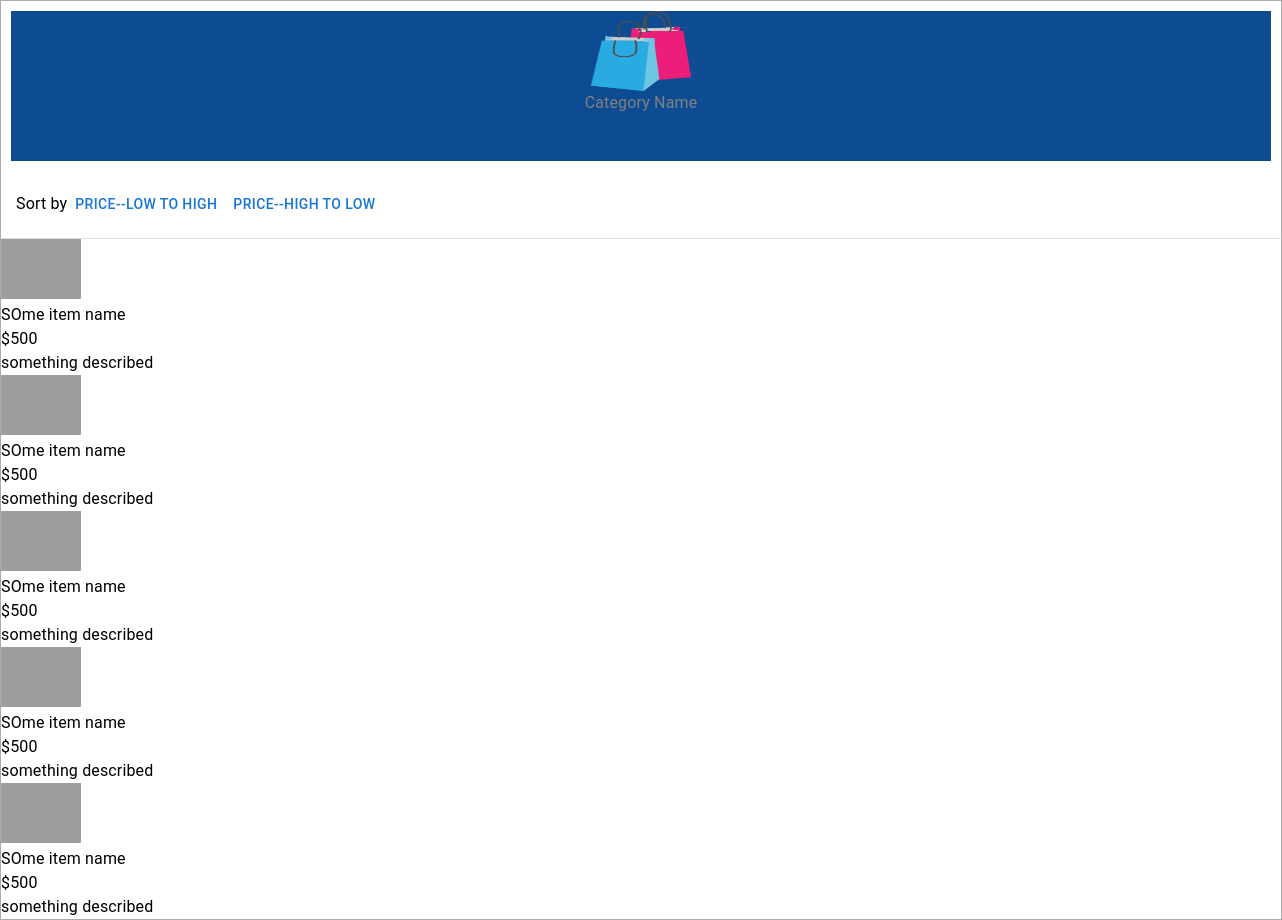
Repository: robin-fareye/reactjs-frontend-flipzone
Page: /
An editor plug-in stored every save of this project. The page is shown before and after the next save, followed by the edit.
The browser window is 1280 px wide. The page is 1282 px wide, so the pictures cover 1282 px, including what lies to the right of the window. The pictures show the whole page.
Pictures or frames that could not be fetched are drawn as grey boxes. The project was rebuilt for these pictures with package versions that can differ from the ones it lists, and the page was loaded fresh each time. Also part of the build but not shown: src/App.css, src/component/auth/Login.css, src/api/Login.js, src/component/auth/Login.js, src/component/category/Category.js, src/component/header/Header.css, src/component/header/Header.js, src/component/helper/Slide.css and 7 more.

Above is the page before, as saved 2022-11-14 19:33:39.

After the next save:
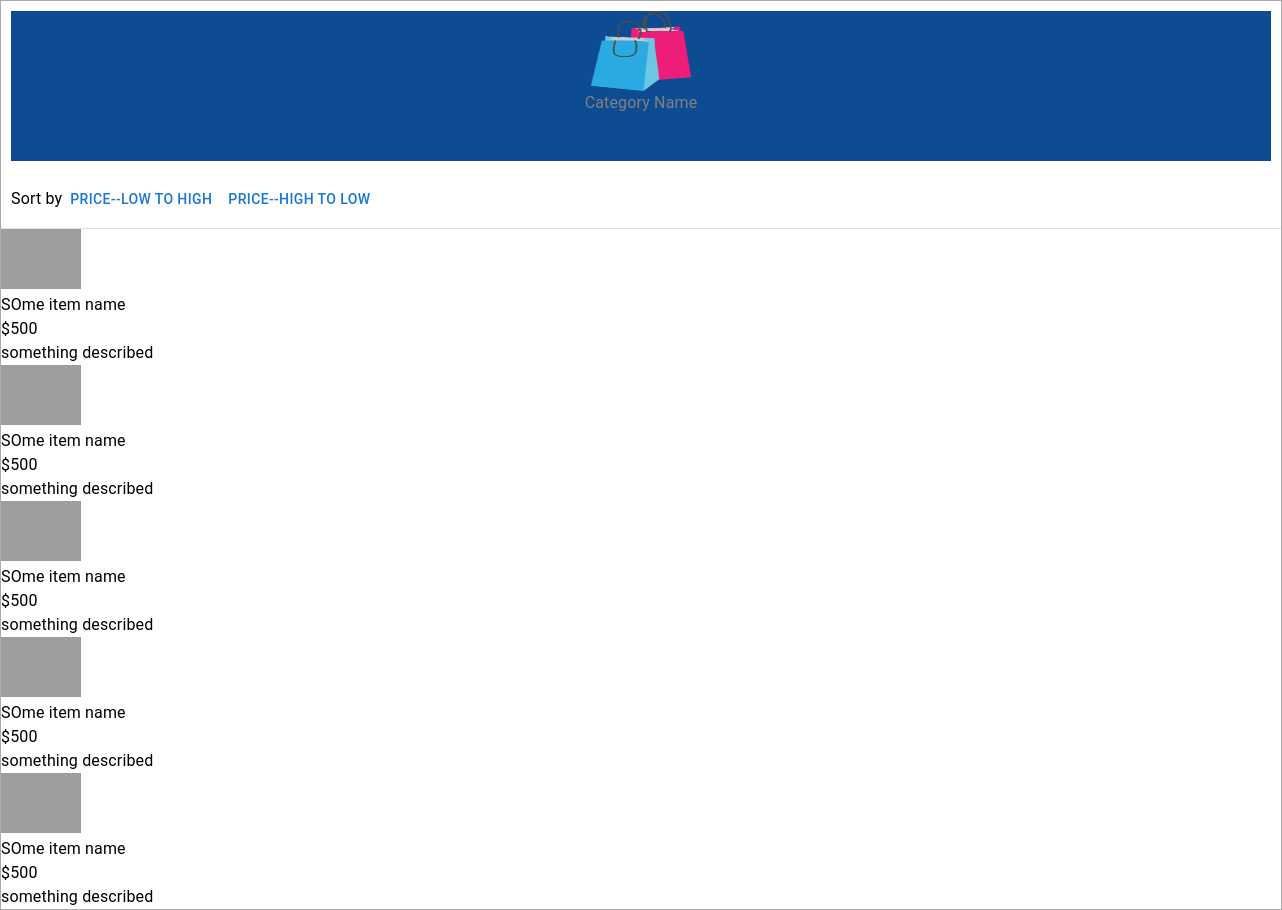
Saved 15 s later.
--- a/src/component/ProductCatalogue/ProductCatalouge.css
+++ b/src/component/ProductCatalogue/ProductCatalouge.css
@@ -34,7 +34,6 @@
 }
 .sort{
     display: flex;
-    padding: 15px;
+    padding: 10px;
     align-items: center;
-
 }
